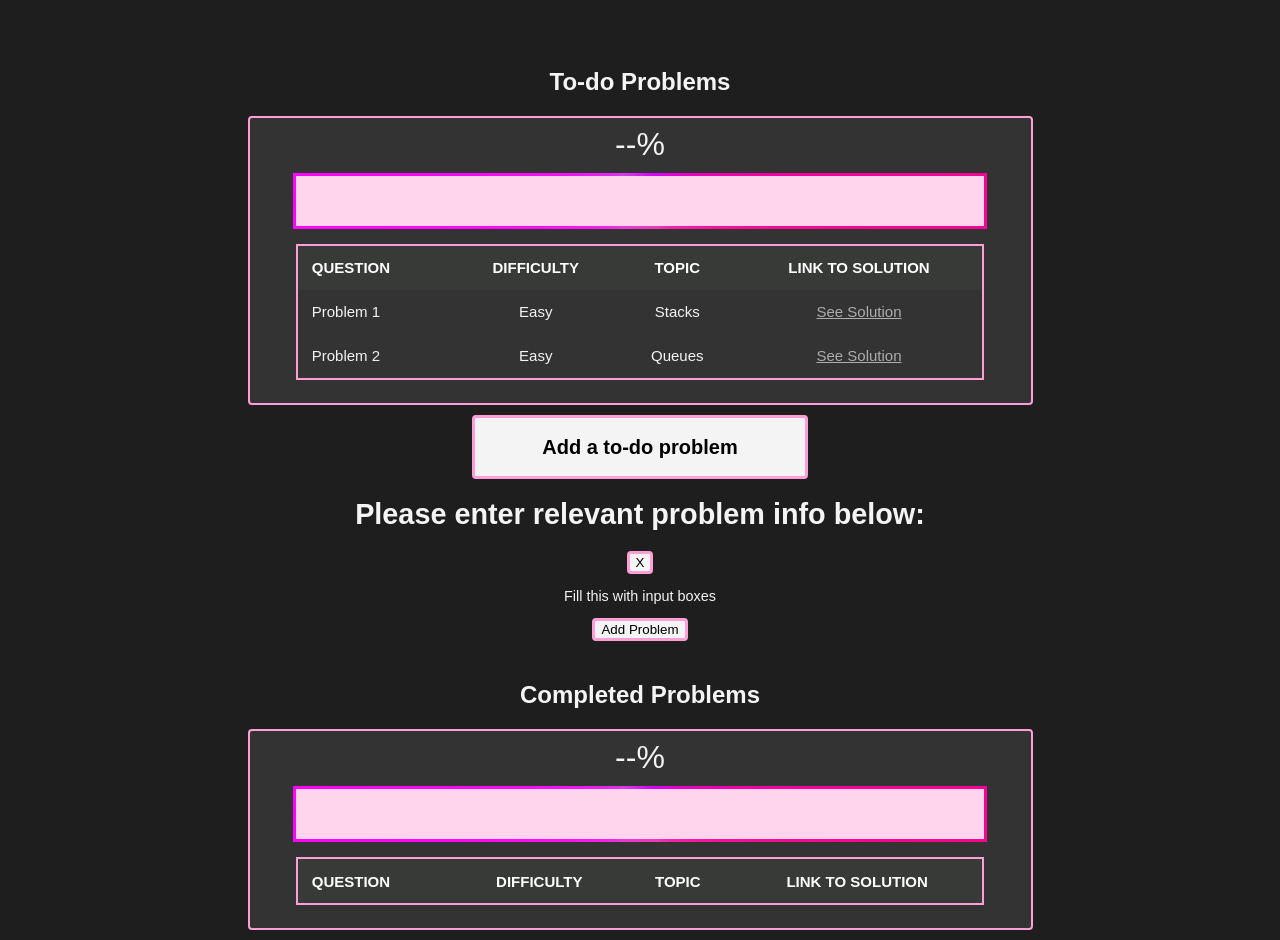
Repository: bbrockbrown/leet-code-tracker
Page: index.html
The author's editor kept a copy of each file at every save. The page is drawn from the files as they stood at one save, then again after the next save.
The browser window is 1280 px wide. The pictures show the whole page.

Above is the page before, as saved 2024-08-02 10:27:06.

After the next save:
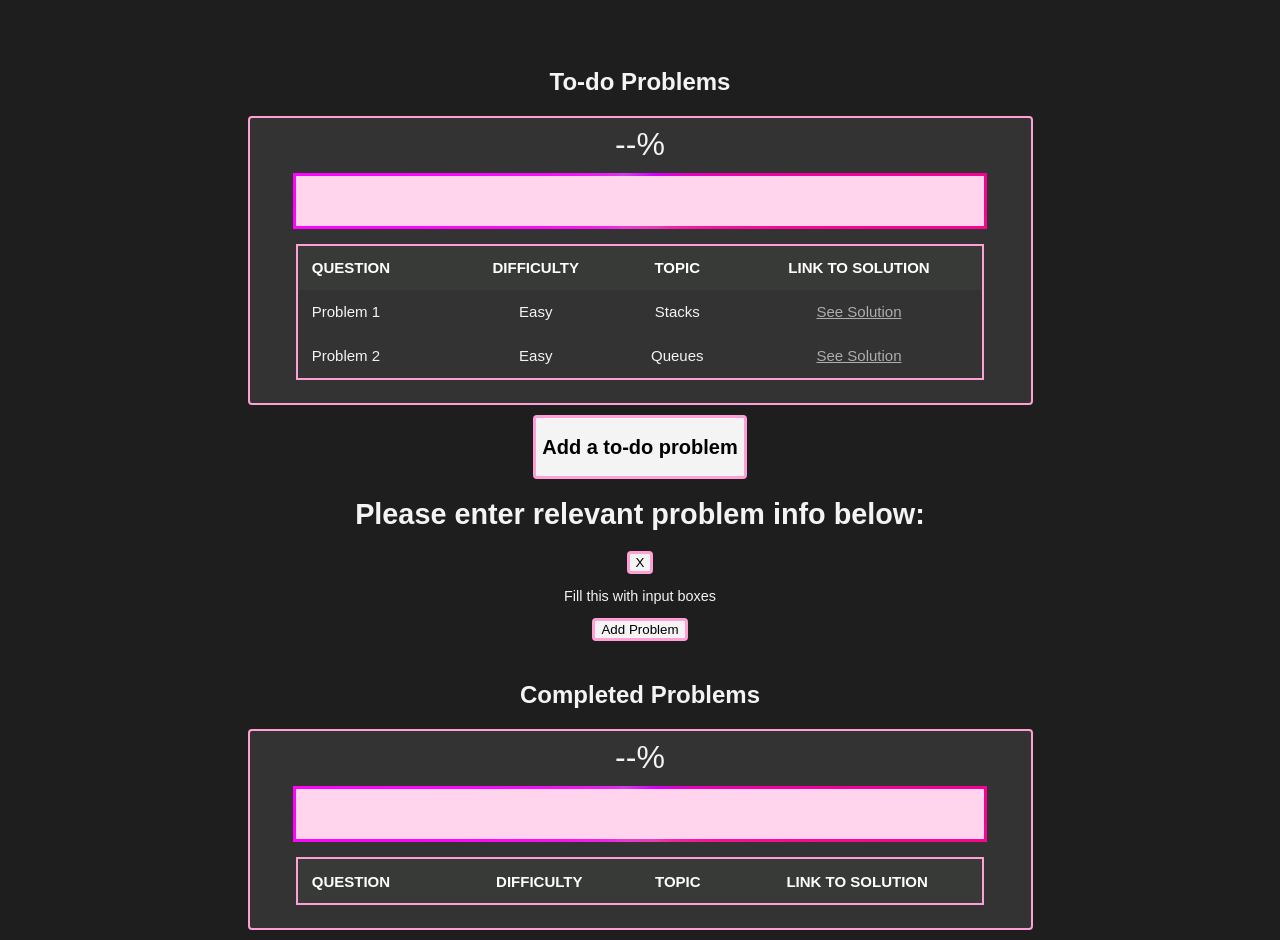
Saved 10 s later.
--- a/index.html
+++ b/index.html
@@ -42,7 +42,7 @@
                 </table>
             </div>
 
-            <button id="add-problem-button"><h2>Add a to-do problem</h2></button>
+            <button id="add_problem_button"><h2>Add a to-do problem</h2></button>
             <div class="popup" id="add-todo-problem">
                 <div class="popup-content">
                     <div class="popup-header">
